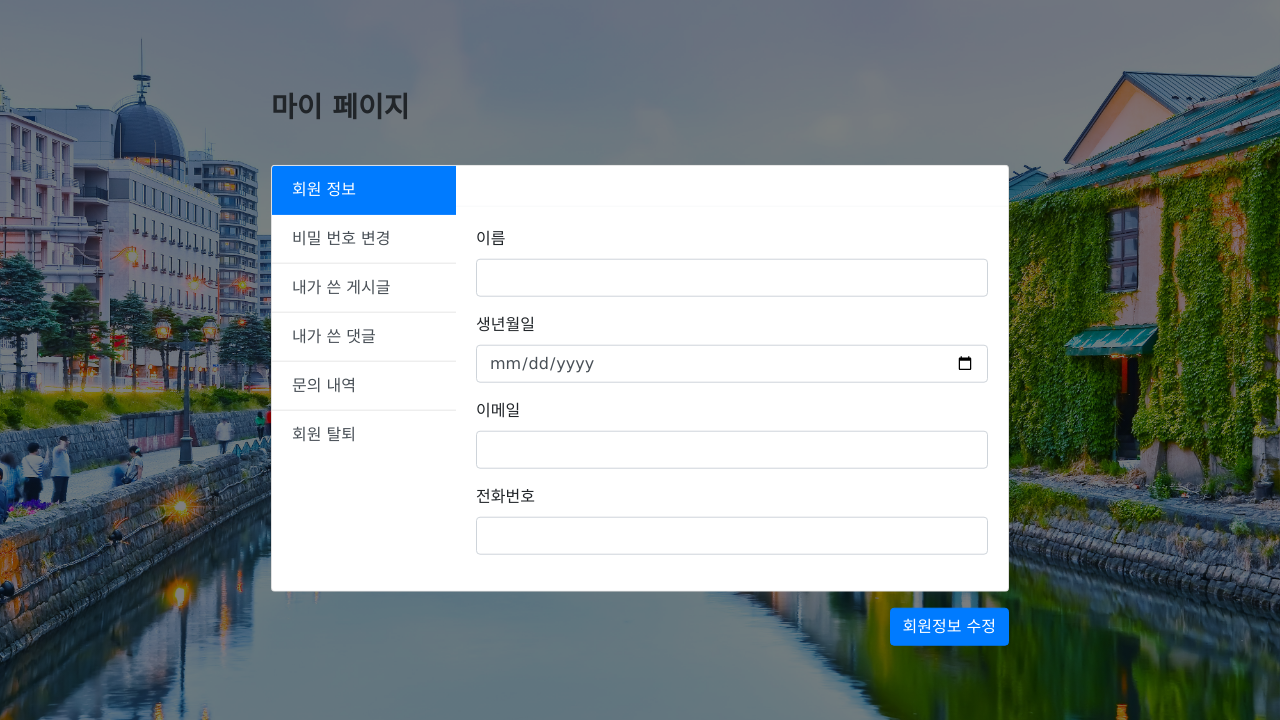
Repository: ExiNni/Travel-Project
Page: http://localhost/project_login/myPage/user-post.jsp
The author's editor kept a copy of each file at every save. The page is drawn from the files as they stood at one save, then again after the next save.
The browser window is 1280 px wide. The pictures show the whole page.
The page is served by Tomcat 9. Other server files are loaded and not shown.

Above is the page before, as saved 2023-11-08 06:49:25.

### project_login/src/main/webapp/myPage/user-post.jsp
<%@ page language="java" contentType="text/html; charset=UTF-8"
	pageEncoding="UTF-8"%>
<!DOCTYPE html>
<html>
<head>
<meta charset="UTF-8">
<meta name="viewport" content="width=device-width, initial-scale=1.0">
<title>마이페이지</title>
<link rel="stylesheet" href="../myPage/mypage-css/mypage.css">
<link
	href="https://cdn.jsdelivr.net/npm/bootstrap@4.5.0/dist/css/bootstrap.min.css"
	rel="stylesheet">

</head>
<body>
	<form action="LoginServlet" method="post">
		<header>
			<div class="total">
				<div class="container light-style flex-grow-1 container-p-y">
					<h3 class="font-weight-bold py-3 mb-4">마이 페이지</h3>

					<div class="card overflow-hidden">
						<div class="row no-gutters row-bordered row-border-light">
							<div class="col-md-3 pt-0">
								<div class="list-group list-group-flush account-settings-links">
									<a class="list-group-item list-group-item-action active" data-toggle="list" href="user-info.jsp">회원 정보</a>
									<a class="list-group-item list-group-item-action" data-toggle="list" href="./user-password.html">비밀 번호 변경</a>
									<a class="list-group-item list-group-item-action" data-toggle="list" href="./user-post.html">내가 쓴 게시글</a>
									<a class="list-group-item list-group-item-action" data-toggle="list" href="./user-comment.html">내가 쓴 댓글</a>
									<a class="list-group-item list-group-item-action" data-toggle="list" href="./user-inquiry-password.html">문의 내역</a>
									<a class="list-group-item list-group-item-action" data-toggle="list" href="./user-delete.html">회원 탈퇴</a>
								</div>
							</div>
							<div class="col-md-9">
								<div class="tab-content">
									<div class="card-body media align-items-center"></div>
								</div>
								<hr class="border-light m-0">
								<div class="card-body">
									<div class="form-group">
										<label class="form-label">이름</label>
										<input type="text" class="form-control mb-1" value="">
									</div>

									<div class="form-group">
										<label class="form-label">생년월일</label>
										<input type="date" class="form-control" value="">
									</div>

									<div class="form-group">
										<label class="form-label">이메일</label>
										<input type="email" class="form-control" value="">
									</div>

									<div class="form-group">
										<label class="form-label">전화번호</label>
										<input type="tel" class="form-control" value="">
									</div>

								</div>
							</div>
						</div>
					</div>
					<div class="text-right mt-3">
						<a href="user-info-edit.jsp"><button type="button"
								class="btn btn-primary">회원정보 수정</button></a>
					</div>
				</div>
			</div>
		</header>
	</form>
</body>
</html>

### project_login/src/main/webapp/myPage/mypage-css/mypage.css
@charset "EUC-KR";

header{
    background-image:linear-gradient(rgba(0,0,0,0.5),rgba(0,0,0,0.5)), url('3.jpg');
    height: 100vh;
    background-size: cover;
    background-position: center;
}

.total {
    position: absolute;
    top: 50%;
    left: 50%;
    transform: translate(-50%, -50%);
    font-family: Verdana, Geneva, Tahoma, sans-serif;
    width: 60%;
}

#cancle{
    background-color: gray;
    border-color: gray;
}

#delete{
    background-color: red;
    border-color: red;

}

.sad{
    margin-left: 10%;
}

After the next save:
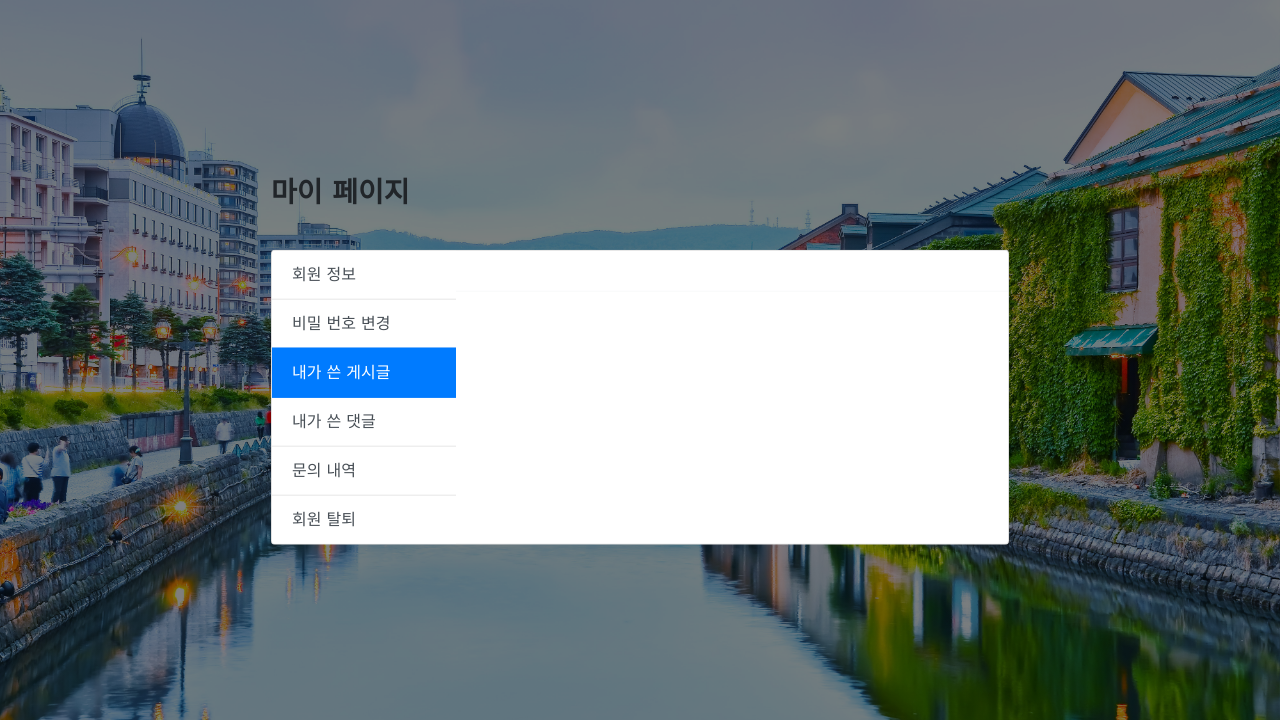
Saved 34 s later.
--- a/project_login/src/main/webapp/myPage/user-post.jsp
+++ b/project_login/src/main/webapp/myPage/user-post.jsp
@@ -14,60 +14,50 @@
 </head>
 <body>
 	<form action="LoginServlet" method="post">
-		<header>
-			<div class="total">
-				<div class="container light-style flex-grow-1 container-p-y">
-					<h3 class="font-weight-bold py-3 mb-4">마이 페이지</h3>
+		 <header>
+        <div class="total">
+            <div class="container light-style flex-grow-1 container-p-y">
+                <h3 class="font-weight-bold py-3 mb-4">
+                    마이 페이지
+                </h3>
 
-					<div class="card overflow-hidden">
-						<div class="row no-gutters row-bordered row-border-light">
-							<div class="col-md-3 pt-0">
-								<div class="list-group list-group-flush account-settings-links">
-									<a class="list-group-item list-group-item-action active" data-toggle="list" href="user-info.jsp">회원 정보</a>
-									<a class="list-group-item list-group-item-action" data-toggle="list" href="./user-password.html">비밀 번호 변경</a>
-									<a class="list-group-item list-group-item-action" data-toggle="list" href="./user-post.html">내가 쓴 게시글</a>
-									<a class="list-group-item list-group-item-action" data-toggle="list" href="./user-comment.html">내가 쓴 댓글</a>
-									<a class="list-group-item list-group-item-action" data-toggle="list" href="./user-inquiry-password.html">문의 내역</a>
-									<a class="list-group-item list-group-item-action" data-toggle="list" href="./user-delete.html">회원 탈퇴</a>
-								</div>
-							</div>
-							<div class="col-md-9">
-								<div class="tab-content">
-									<div class="card-body media align-items-center"></div>
-								</div>
-								<hr class="border-light m-0">
-								<div class="card-body">
-									<div class="form-group">
-										<label class="form-label">이름</label>
-										<input type="text" class="form-control mb-1" value="">
-									</div>
+                <div class="card overflow-hidden">
+                    <div class="row no-gutters row-bordered row-border-light">
+                        <div class="col-md-3 pt-0">
+                            <div class="list-group list-group-flush account-settings-links">
+                                <a class="list-group-item list-group-item-action" data-toggle="list" href="./user-info.html">회원
+                                    정보</a>
+                                <a class="list-group-item list-group-item-action" data-toggle="list" href="./user-password.html">비밀 번호
+                                    변경</a>
+                                <a class="list-group-item list-group-item-action active" data-toggle="list"
+                                    href="./user-post.html">내가 쓴 게시글</a>
 
-									<div class="form-group">
-										<label class="form-label">생년월일</label>
-										<input type="date" class="form-control" value="">
-									</div>
 
-									<div class="form-group">
-										<label class="form-label">이메일</label>
-										<input type="email" class="form-control" value="">
-									</div>
+                                <a class="list-group-item list-group-item-action" data-toggle="list" href="./user-comment.html">내가 쓴
+                                    댓글</a>
+                                <a class="list-group-item list-group-item-action" data-toggle="list" href="./user-inquiry-password.html">문의 내역</a>
+                                <a class="list-group-item list-group-item-action" data-toggle="list" href="./user-delete.html">회원 탈퇴</a>
+                            </div>
+                        </div>
+                        <div class="col-md-9">
+                            <div class="tab-content">
+                                <div class="card-body media align-items-center">
+                                </div>
+                            </div>
+                            <hr class="border-light m-0">
+                            <div class="card-body">
 
-									<div class="form-group">
-										<label class="form-label">전화번호</label>
-										<input type="tel" class="form-control" value="">
-									</div>
 
-								</div>
-							</div>
-						</div>
-					</div>
-					<div class="text-right mt-3">
-						<a href="user-info-edit.jsp"><button type="button"
-								class="btn btn-primary">회원정보 수정</button></a>
-					</div>
-				</div>
-			</div>
-		</header>
+
+                            </div>
+                        </div>
+                    </div>
+                </div>
+                <div class="text-right mt-3">
+                </div>
+            </div>
+        </div>
+    </header>
 	</form>
 </body>
 </html>
